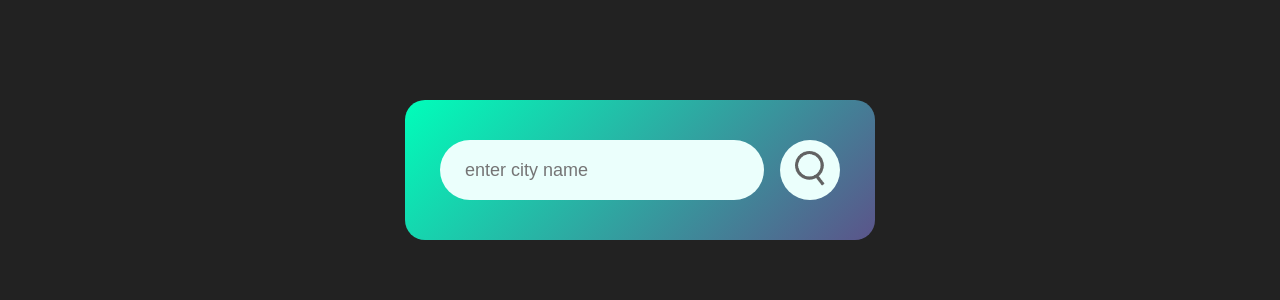
Repository: Alphosmart/weather
Page: index.html
These files come from the project's save history. The page is drawn as it stood at one moment and after the next save; the edit follows.
The browser window is 1280 px wide. The pictures show the whole page.

Above is the page before, as saved 2024-07-17 16:29:32.

### index.html
<!DOCTYPE html>
<html lang="en">
  <head>
    <meta charset="UTF-8" />
    <meta name="viewport" content="width=device-width, initial-scale=1.0" />
    <title>Weather App</title>
    <link rel="stylesheet" href="style.css" />
  </head>
  <body>
    <div class="card">
      <div class="search">
        <input type="text" placeholder="enter city name" spellcheck="false" />
        <button><img src="images/search.png" /></button>
      </div>
    </div>
  </body>
</html>

### style.css
* {
  margin: 0;
  padding: 0;
  font-family: 'poppins', sans-serif;
  box-sizing: border-box;
}

body {
  background-color: #222;
}

.card {
  width: 90%;
  max-width: 470px;
  background: linear-gradient(135deg, #00feba, #5b548a);
  color: #fff;
  margin: 100px auto 0;
  border-radius: 20px;
  padding: 40px 35px;
  text-align: center;
}

.search {
  width: 100%;
  display: flex;
  align-items: center;
  justify-content: space-around;
}

.search input {
  border: 0;
  outline: 0;
  background: #ebfffc;
  color: #555;
  padding: 10px 25px;
  height: 60px;
  border-radius: 30px;
  flex: 1;
  margin-right: 16px;
  font-size: 18px;
}

.search button {
  border: 0;
  outline: 0;
  background: #ebfffc;
  border-radius: 50%;
  width: 60px;
  height: 60px;
  cursor: pointer;
}

.search img {
  width: 30px;
}

After the next save:
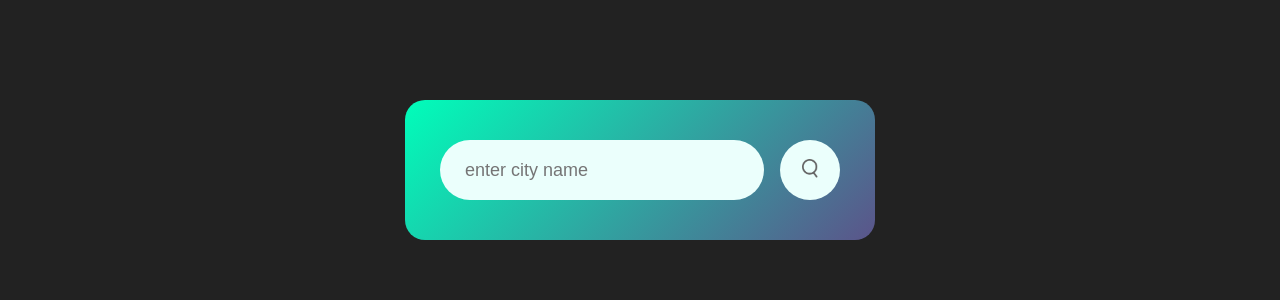
Saved 7 s later.
--- a/style.css
+++ b/style.css
@@ -51,5 +51,5 @@ body {
 }
 
 .search img {
-  width: 30px;
+  width: 16px;
 }
